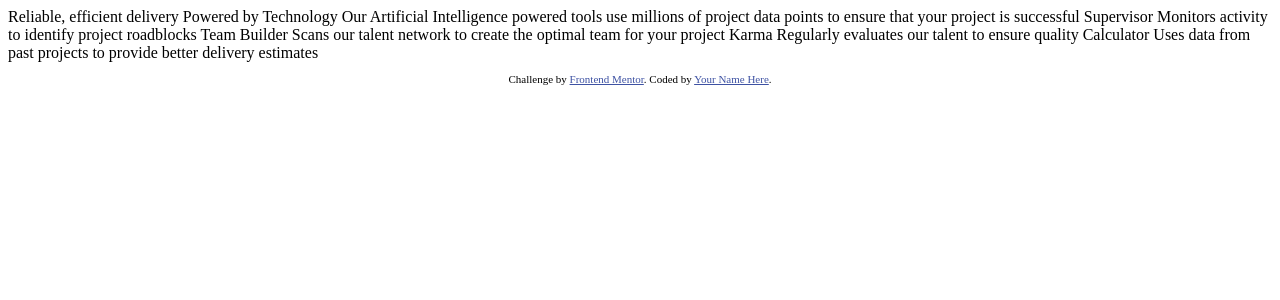
Repository: AngelaMwelu/four-card-page
Page: index.html
The author's editor kept a copy of each file at every save. The page is drawn from the files as they stood at one save, then again after a run of saves.
The browser window is 1280 px wide. The pictures show the whole page.

Above is the page before, as saved 2025-05-14 09:54:21.

After the next 2 saves:
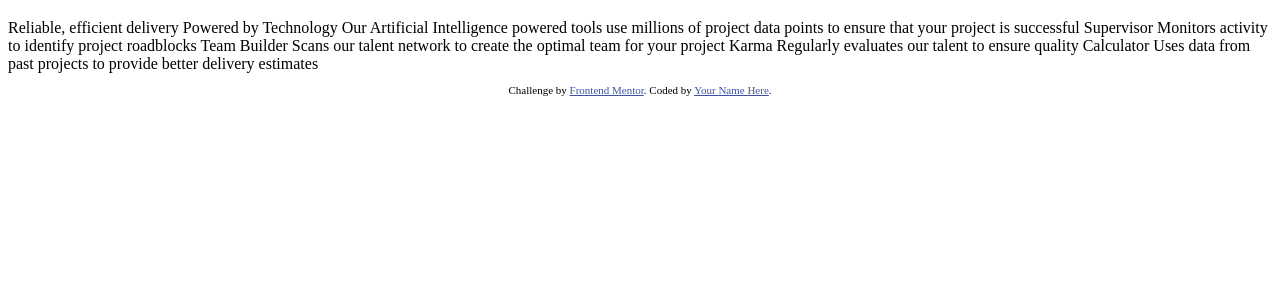
The 2 saves are shown as one change because they came seconds apart.
The last was saved 11 s later.
--- a/index.html
+++ b/index.html
@@ -17,7 +17,7 @@
 <body>
   <div class="Card">
     <div class="about">
-  Reliable, efficient delivery
+  <h3></h3>Reliable, efficient delivery
   Powered by Technology
 
   Our Artificial Intelligence powered tools use millions of project data points
